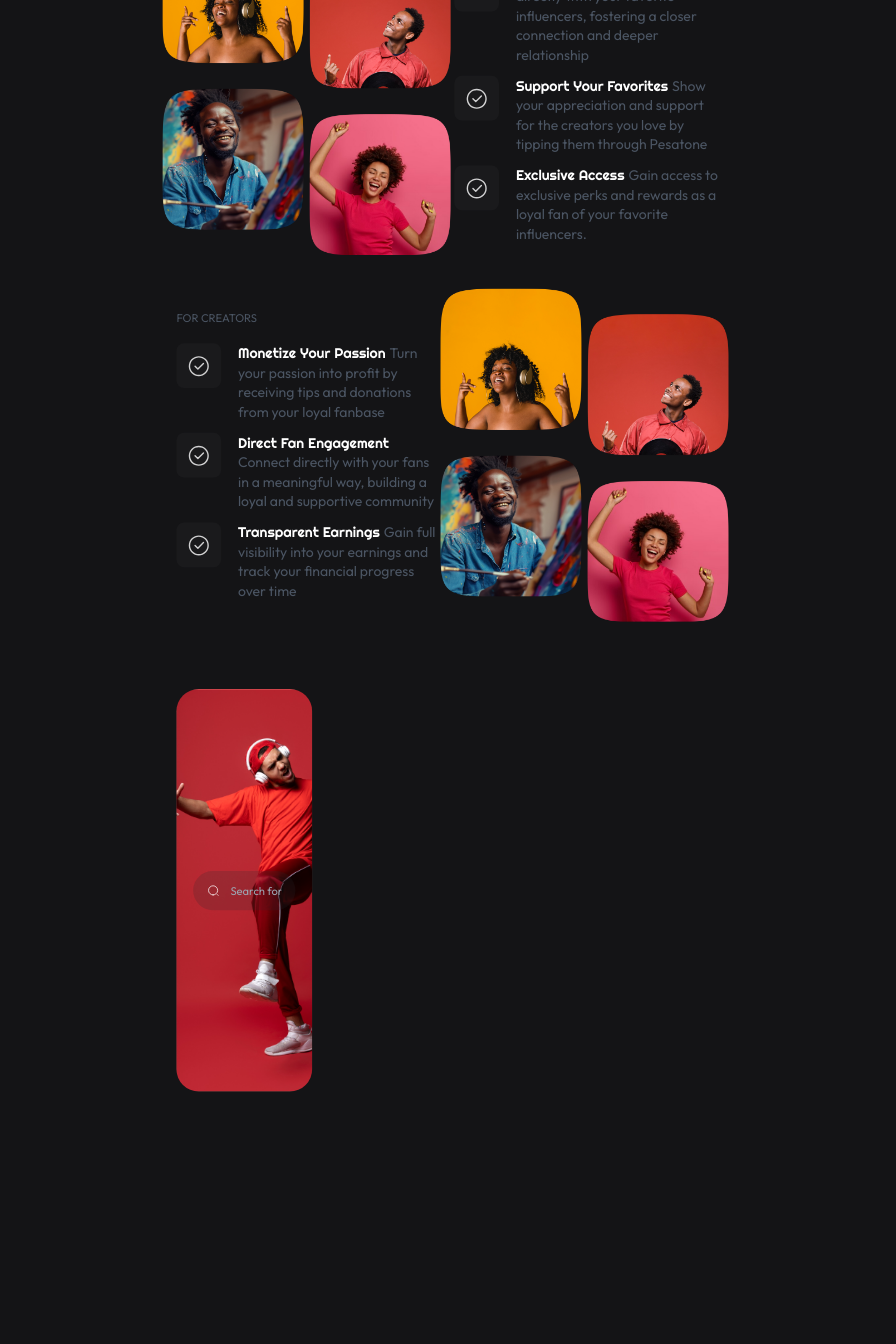
Repository: felixdusengimana/capstone-project-mirror
Page: / (app in frontend/)
These files come from the project's save history. The page is drawn as it stood at one moment and after the next save; the edit follows.
The browser window is 1280 px wide. The pictures show the part of the page from y = 2035 to 3955 px (the page is 3955 px tall), at 70% of full size.
The project was rebuilt for these pictures with package versions that can differ from the ones it lists, and the page was loaded fresh each time. The framework's server and built-in components were replaced by stand-ins that run in the browser. Also part of the build but not shown: frontend/next.config.mjs.

Above is the page before, as saved 2024-03-11 15:52:37.

After the next save:
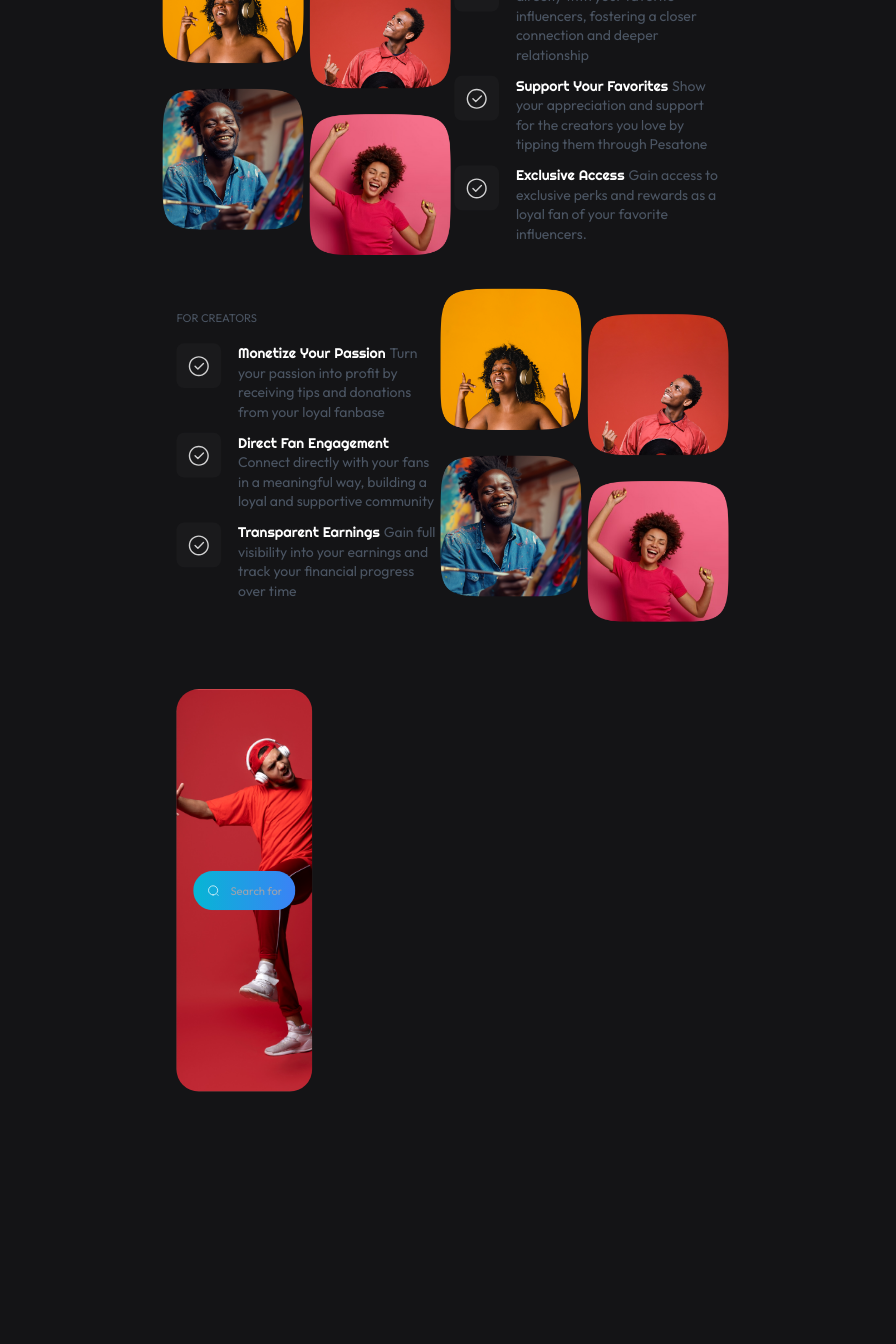
Saved 3 min 55 s later.
--- a/frontend/app/page.tsx
+++ b/frontend/app/page.tsx
@@ -149,7 +149,7 @@ export default function page() {
       <section className="mt-24 page-padding">
         <div className="grid grid-cols-4 grid-rows-3 min-h-[862px]">
           <div className="bg-[url('/creator-bg.png')] bg-cover bg-no-repeat row-span-2 bg-red-400 rounded-[32px] px-6 flex items-center justify-center">
-            <Search />
+            <Search className="bg-gradient-to-r from-cyan-500 to-blue-500" />
           </div>
         </div>
       </section>
